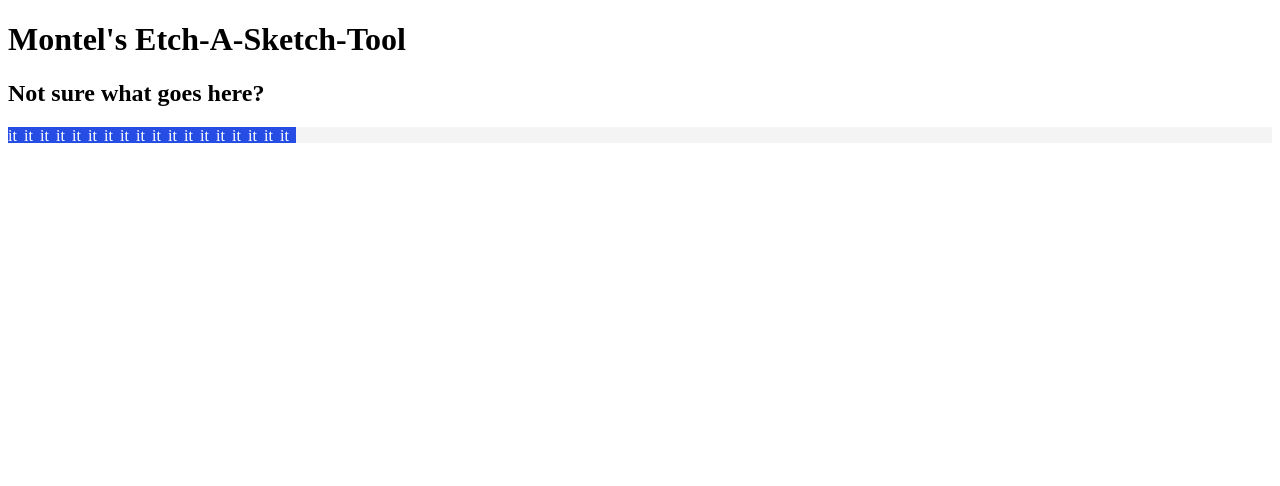
Repository: mnhardy1504/odin-recipes1
Page: repos/Etch-a-Sketch/index.html
An editor plug-in stored every save of this project. The page is shown before and after the next save, followed by the edit.
The browser window is 1280 px wide. The pictures show the whole page.

Above is the page before, as saved 2023-11-06 15:16:59.

After the next save:
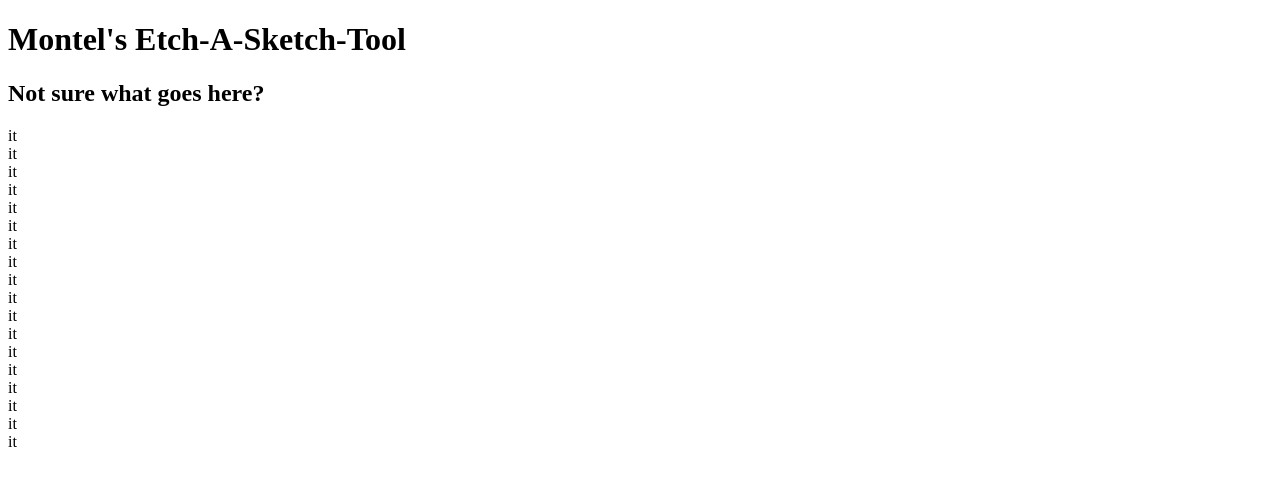
Saved 19 min 54 s later.
--- a/repos/Etch-a-Sketch/index.css
+++ b/repos/Etch-a-Sketch/index.css
@@ -1,12 +1,13 @@
-.item {
-    width:16px;
-    height:16px;
-    background: #254de4;
-    color: #fff;
+.grid-container {
+    display: grid;
+    grid-template-columns: repeat(16, 1fr);
+    grid-template-rows: repeat(16, 1fr);
+    gap: 2px;
+    width: 400px;
+    height: 400px;
 }
 
-.flex-container{
-    display: flex;
-    background-color: #f4f4f4;
-
+.grid-container div {
+    background-color: lightgray;
+    border: 1px solid gray;
 }
